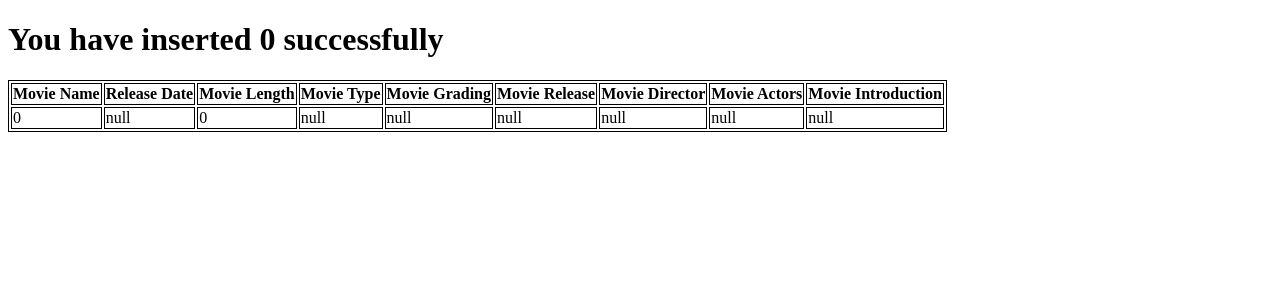
Repository: PEICHI26/Cinema
Page: http://localhost/Cinema/CreateResult.jsp
These files come from the project's save history. The page is drawn as it stood at one moment and after the next save; the edit follows.
The browser window is 1280 px wide. The pictures show the whole page.
The page is served by Tomcat 9. Nobody is signed in. The application's start-up code is not run.

Above is the page before, as saved 2021-12-18 03:50:58.

After the next save:
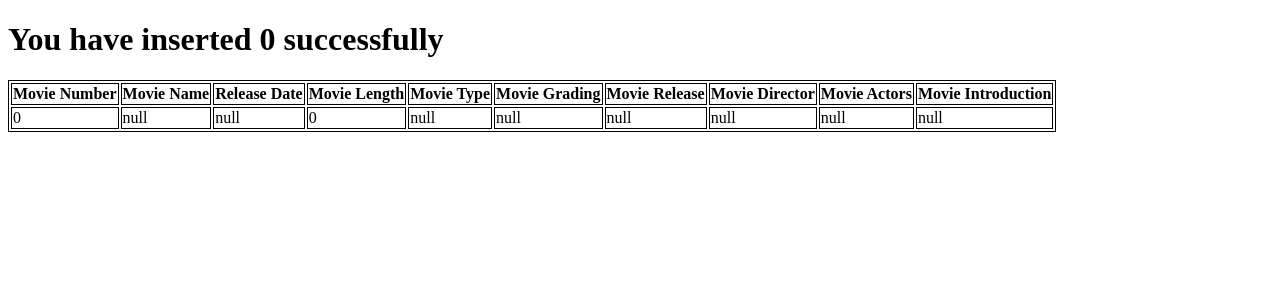
Saved 83 s later.
--- a/Cinema/src/main/webapp/CreateResult.jsp
+++ b/Cinema/src/main/webapp/CreateResult.jsp
@@ -21,6 +21,7 @@ table, th, td {
 	</h1>
 	<table>
   <tr>
+    <th>Movie Number</th>
     <th>Movie Name</th>
     <th>Release Date</th>
     <th>Movie Length</th>
@@ -35,6 +36,7 @@ table, th, td {
   </tr>
   <tr>
     <td><jsp:getProperty name="movie" property="movie_No" /></td>
+    <td><jsp:getProperty name="movie" property="movie_Name" /></td>
     <td><jsp:getProperty name="movie" property="movie_Date" /></td>
     <td><jsp:getProperty name="movie" property="movie_Length" /></td>
     <td><jsp:getProperty name="movie" property="type" /></td>
